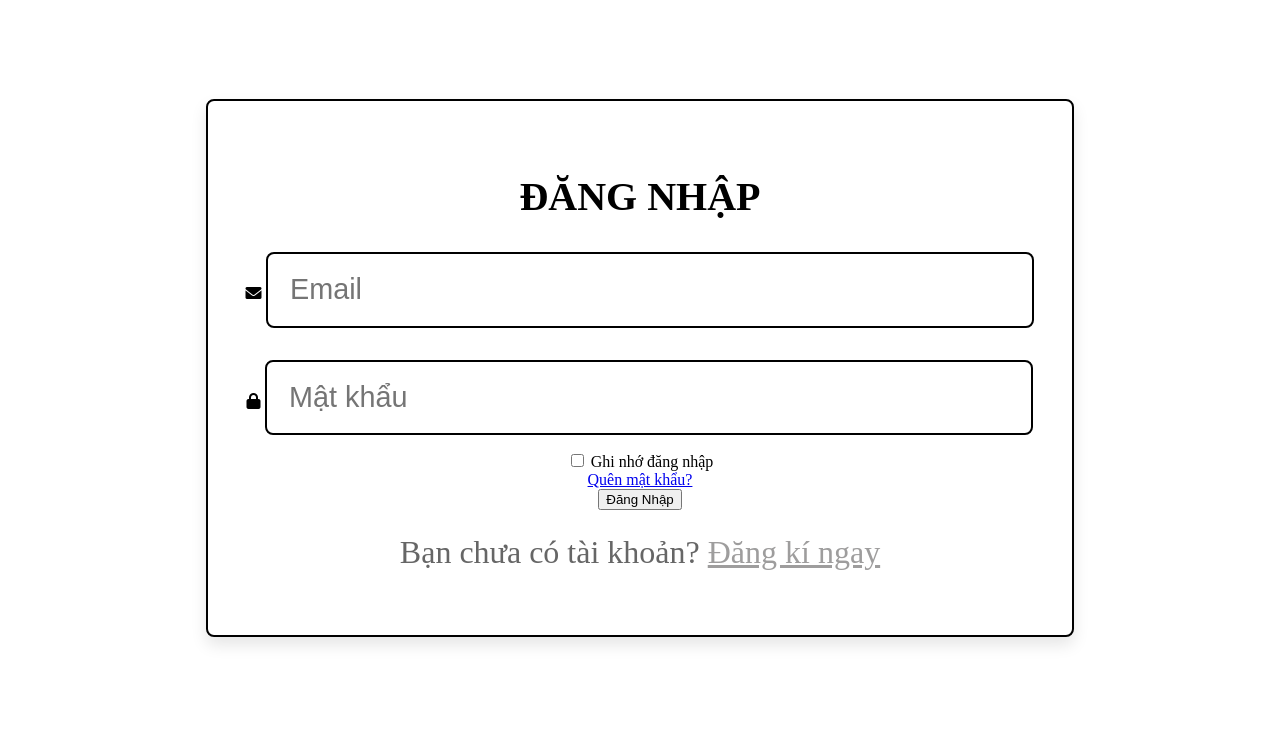
Repository: Dien973/expense_manager
Page: http://localhost/expense_manager/user_page/login.php
These files come from the project's save history. The page is drawn as it stood at one moment and after the next save; the edit follows.
The browser window is 1280 px wide. The pictures show the whole page.
The page is run by PHP 8.4 with error messages shown; the project is at /var/www/html/. user_page/conn.php is not in the repository; a stand-in opens the database connection. Other server files are loaded and not shown.

Above is the page before, as saved 2025-12-05 13:37:59.

### user_page/login.php
<?php

@include 'conn.php';

session_start();

if(isset($_POST['submit'])){

   $filter_email = filter_var($_POST['email'], FILTER_SANITIZE_STRING);
   $email = mysqli_real_escape_string($conn, $filter_email);
   $filter_pass = filter_var($_POST['pass'], FILTER_SANITIZE_STRING);
   $pass = mysqli_real_escape_string($conn, $filter_pass);

   $select_users = mysqli_query($conn, "SELECT * FROM `users` WHERE email = '$email' AND upassword = '$pass'") or die('Thất bại');


   if(mysqli_num_rows($select_users) > 0){

      $row = mysqli_fetch_assoc($select_users);

      if($row['urole'] == 'admin'){

         $_SESSION['admin_name'] = $row['uname'];
         $_SESSION['admin_email'] = $row['email'];
         $_SESSION['admin_id'] = $row['uid'];
         header('location:admin_page.php');

      }elseif($row['urole'] == 'user'){

         $_SESSION['user_name'] = $row['uname'];
         $_SESSION['user_email'] = $row['email'];
         $_SESSION['user_id'] = $row['uid'];
         header('location:home.php');

      }else{
         $message[] = 'Không tìm thấy người dùng!';
      }

   }else{
      $message[] = 'Sai email hoặc mật khẩu!';
   }

}

?>

<!DOCTYPE html>
<html lang="en">
<head>
   <meta charset="UTF-8">
   <meta http-equiv="X-UA-Compatible" content="IE=edge">
   <meta name="viewport" content="width=device-width, initial-scale=1.0">
   <title>Đăng nhập</title>

   <!-- font awesome cdn link  -->
   <link rel="stylesheet" href="https://cdnjs.cloudflare.com/ajax/libs/font-awesome/6.0.0/css/all.min.css">

   <!-- custom css file link  -->
   <link rel="stylesheet" href="../css/main.css">

</head>
<body>

<?php
if(isset($message)){
   foreach($message as $message){
      echo '
      <div class="message">
         <span>'.$message.'</span>
         <i class="fas fa-times" onclick="this.parentElement.remove();"></i>
      </div>
      ';
   }
}
?>

<section class="form-container">

   <form action="" method="post">
      <h3>Đăng Nhập</h3>

      <div class="input-boxes">
         <div class="input">
            <i class="fas fa-envelope"></i>
            <input type="email" name="email" class="box" placeholder="Email" required>
         </div>
         <div class="inpt">
            <i class="fas fa-lock"></i>
            <input type="password" name="pass" class="box" placeholder="Mật khẩu" required>
         </div>
         <div>
            <input id="remember-login" type="checkbox" name="remember">
            <label for="remember-login">Ghi nhớ đăng nhập</label>
         </div>
         <div class="forgot-password" class="text"><a href="#">Quên mật khẩu?</a></div>
         <input type="submit" class="btn" name="submit" value="Đăng Nhập">
         <p>Bạn chưa có tài khoản? <a href="signup.php">Đăng kí ngay</a></p>
      </div>
   </form>
</section>

</body>
</html>

### css/main.css
.form-container {
  display: flex;
  align-items: center;
  justify-content: center;
  min-height: 100vh;
}

.form-container form {
  padding: 2rem;
  border-radius: 0.5rem;
  border: #000 solid 2px;
  background-color: #ffffff;
  box-shadow: 0 0.5rem 1rem rgba(0, 0, 0, 0.1);
  width: 50rem;
  text-align: center;
}

.form-container form h3 {
  font-size: 2.5rem;
  text-transform: uppercase;
  color: #000;
  margin-bottom: 1rem;
}

.form-container form .box {
  width: 90%;
  padding: 1.2rem 1.4rem;
  font-size: 1.8rem;
  color: #000;
  border: #000 solid 2px;
  background-color: #fff;
  margin: 1rem 0;
  border-radius: 0.5rem;
}

.form-container form p {
  margin-top: 1.5rem;
  font-size: 2rem;
  color: #666;
}

.form-container form p a {
  color: #9e9d9d;
}

.form-container form p a:hover {
  text-decoration: underline;
}

After the next save:
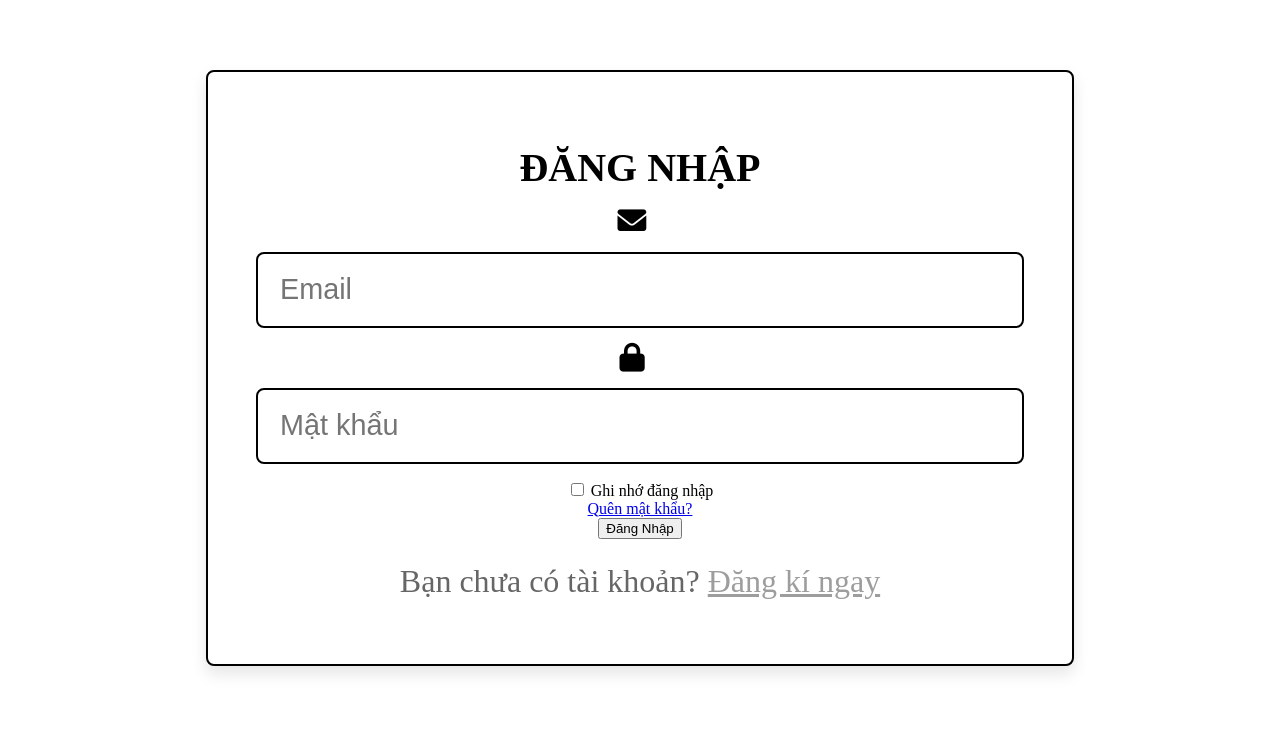
Saved 3 min 30 s later.
--- a/css/main.css
+++ b/css/main.css
@@ -33,6 +33,12 @@
   border-radius: 0.5rem;
 }
 
+.form-container form i {
+  color: #000;
+  font-size: 1.8rem;
+  margin-right: 1rem;
+}
+
 .form-container form p {
   margin-top: 1.5rem;
   font-size: 2rem;
